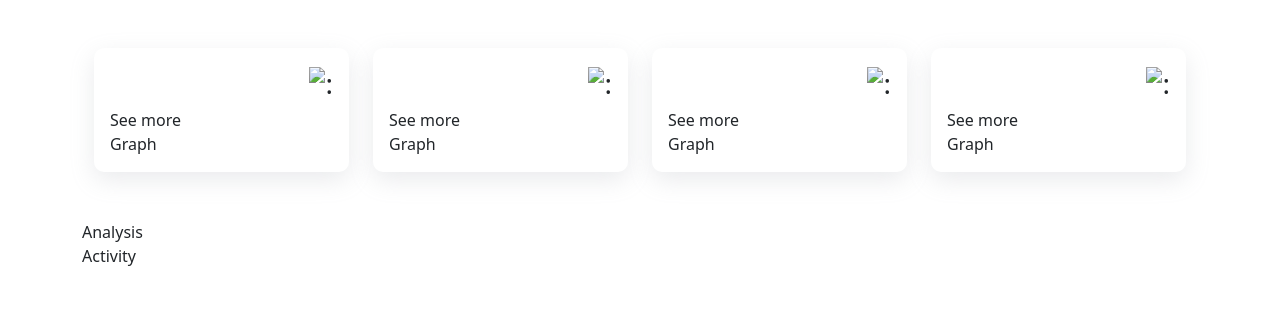
Repository: badhon252/dashboard
Page: /
An editor plug-in stored every save of this project. The page is shown before and after the next save, followed by the edit.
The browser window is 1280 px wide. The pictures show the whole page.
The project was rebuilt for these pictures with package versions that can differ from the ones it lists, and the page was loaded fresh each time. Also part of the build but not shown: vite.config.js, src/App.css.

Above is the page before, as saved 2023-01-27 01:21:53.

After the next save:
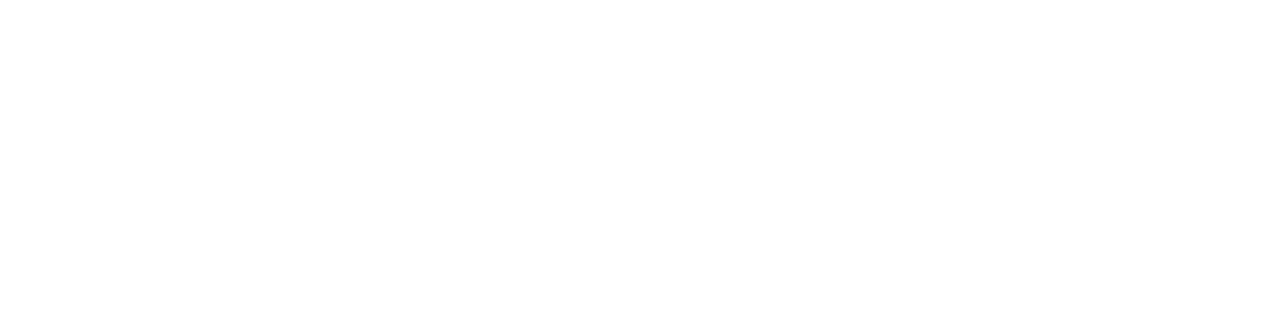
Console error: ReferenceError: icon is not defined
Saved 2 min 6 s later.
--- a/src/Components/Status/Status.jsx
+++ b/src/Components/Status/Status.jsx
@@ -8,16 +8,16 @@
       <div className='row' >
 
         <div className="col-md-3">
-            <StatusCard/>
+            <StatusCard title="C2 Threats Detected" icon={icon} amount="10,000,000" link={null}/>
         </div>
         <div className="col-md-3">
-            <StatusCard/>
+            <StatusCard title="C2 Threats Detected" icon={icon} amount="10,000,000" link={null}/>
         </div>
         <div className="col-md-3">
-            <StatusCard/>
+            <StatusCard title="C2 Threats Detected" icon={icon} amount="10,000,000" link={null}/>
         </div>
         <div className="col-md-3">
-            <StatusCard/>
+            <StatusCard title="C2 Threats Detected" icon={icon} amount="10,000,000" link={null}/>
         </div>
 
       </div>

After the 3 saves that followed:
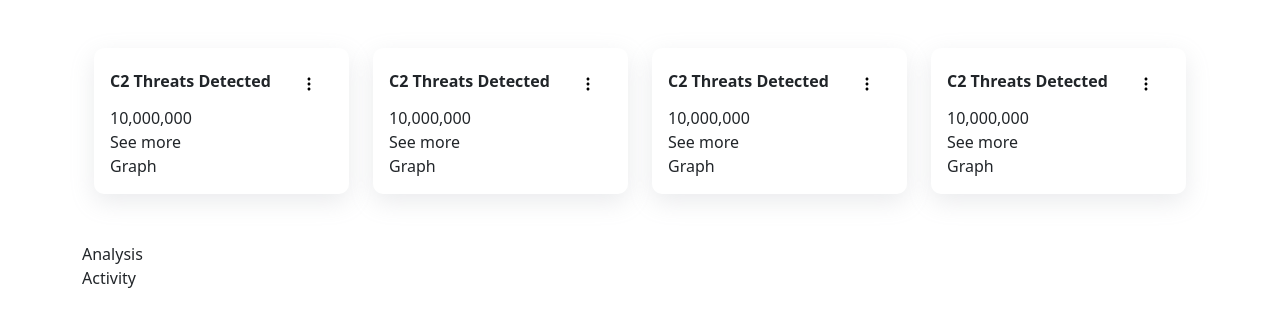
The error is gone.
The 3 saves are shown as one change because 2 left the picture as it was.
The last was saved 45 s later.
--- a/src/Components/Status/Status.jsx
+++ b/src/Components/Status/Status.jsx
@@ -1,6 +1,7 @@
 import React from 'react'
-import StatusCard from './StatusCard'
 import "./Status.css"
+import StatusCard from './StatusCard';
+import dotIcon from "../../assets/dot.svg"
 
 export default function Status() {
   return (
@@ -8,16 +9,16 @@
       <div className='row' >
 
         <div className="col-md-3">
-            <StatusCard title="C2 Threats Detected" icon={icon} amount="10,000,000" link={null}/>
+            <StatusCard title="C2 Threats Detected" icon={dotIcon} amount="10,000,000" link={null}/>
         </div>
         <div className="col-md-3">
-            <StatusCard title="C2 Threats Detected" icon={icon} amount="10,000,000" link={null}/>
+            <StatusCard title="C2 Threats Detected" icon={dotIcon} amount="10,000,000" link={null}/>
         </div>
         <div className="col-md-3">
-            <StatusCard title="C2 Threats Detected" icon={icon} amount="10,000,000" link={null}/>
+            <StatusCard title="C2 Threats Detected" icon={dotIcon} amount="10,000,000" link={null}/>
         </div>
         <div className="col-md-3">
-            <StatusCard title="C2 Threats Detected" icon={icon} amount="10,000,000" link={null}/>
+            <StatusCard title="C2 Threats Detected" icon={dotIcon} amount="10,000,000" link={null}/>
         </div>
 
       </div>
--- a/src/Components/Status/StatusCard.jsx
+++ b/src/Components/Status/StatusCard.jsx
@@ -1,4 +1,4 @@
-import dotIcon from "../../assets/dot.svg"
+
 import "./Status.css"
 
 export default function StatusCard({title, icon, amount, link}) {
